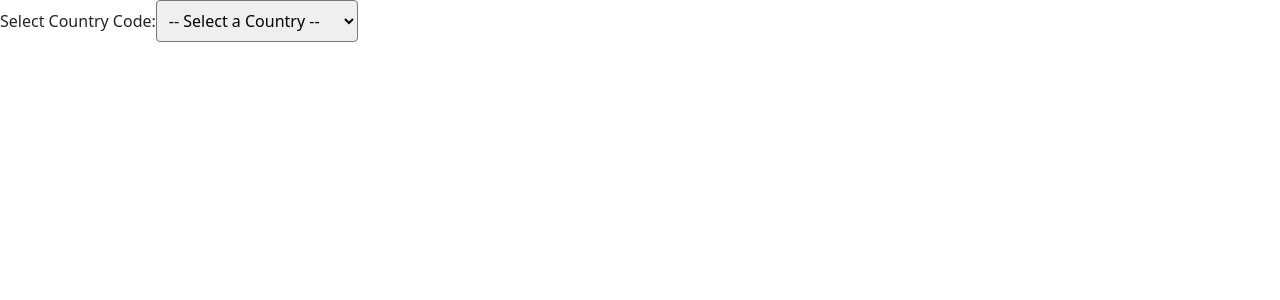
Repository: AsodariyaJasmin/demo01
Page: /home
These files come from the project's save history. The page is drawn as it stood at one moment and after the next save; the edit follows.
The browser window is 1280 px wide. The pictures show the whole page.
Some web libraries are served in a nearby version. The project was rebuilt for these pictures with package versions that can differ from the ones it lists, and the page was loaded fresh each time. Also part of the build but not shown: src/Admin/Login.js, src/Admin/Register.js, src/Admin/Password.js, src/Admin/Chart.js, src/Admin/Table.js, src/Admin/Index.js, src/Admin/StaticLayout.js, src/Admin/SideNav.js.

Above is the page before, as saved 2025-01-07 18:55:10.

### public/index.html
<!DOCTYPE html>
<html lang="en">
  <head>
    <meta charset="utf-8" />
    <link rel="icon" href="%PUBLIC_URL%/favicon.ico" />
    <meta name="viewport" content="width=device-width, initial-scale=1" />
    <meta name="theme-color" content="#000000" />
    <meta
      name="description"
      content="Web site created using create-react-app"
    />
    <link rel="apple-touch-icon" href="%PUBLIC_URL%/logo192.png" />
    <!--
      manifest.json provides metadata used when your web app is installed on a
      user's mobile device or desktop. See https://developers.google.com/web/fundamentals/web-app-manifest/
    -->
    <link rel="manifest" href="%PUBLIC_URL%/manifest.json" />
    <!--
      Notice the use of %PUBLIC_URL% in the tags above.
      It will be replaced with the URL of the `public` folder during the build.
      Only files inside the `public` folder can be referenced from the HTML.

      Unlike "/favicon.ico" or "favicon.ico", "%PUBLIC_URL%/favicon.ico" will
      work correctly both with client-side routing and a non-root public URL.
      Learn how to configure a non-root public URL by running `npm run build`.
    -->
    <script src="https://cdnjs.cloudflare.com/ajax/libs/font-awesome/5.15.3/js/all.min.js" crossorigin="anonymous"></script>
    <link href="https://cdn.jsdelivr.net/npm/bootstrap@5.0.2/dist/css/bootstrap.min.css" rel="stylesheet" integrity="sha384-EVSTQN3/azprG1Anm3QDgpJLIm9Nao0Yz1ztcQTwFspd3yD65VohhpuuCOmLASjC" crossorigin="anonymous">
    <script src="https://cdn.jsdelivr.net/npm/bootstrap@5.0.2/dist/js/bootstrap.bundle.min.js" integrity="sha384-MrcW6ZMFYlzcLA8Nl+NtUVF0sA7MsXsP1UyJoMp4YLEuNSfAP+JcXn/tWtIaxVXM" crossorigin="anonymous"></script>
    <link href="https://cdnjs.cloudflare.com/ajax/libs/font-awesome/6.5.0/css/all.min.css" rel="stylesheet">
    <link href="https://cdn.jsdelivr.net/npm/bootstrap@5.3.0-alpha1/dist/css/bootstrap.min.css" rel="stylesheet">
    <link rel="stylesheet" href="https://cdnjs.cloudflare.com/ajax/libs/font-awesome/6.0.0-beta3/css/all.min.css">
    <link rel="stylesheet" href="https://cdn.jsdelivr.net/npm/bootstrap-icons@1.11.3/font/bootstrap-icons.min.css">
    <script src='https://kit.fontawesome.com/a076d05399.js' crossorigin='anonymous'></script>
    <title>React App</title>
  </head>
  <body>
    <noscript>You need to enable JavaScript to run this app.</noscript>
    <div id="root"></div>
    <!--
      This HTML file is a template.
      If you open it directly in the browser, you will see an empty page.

      You can add webfonts, meta tags, or analytics to this file.
      The build step will place the bundled scripts into the <body> tag.

      To begin the development, run `npm start` or `yarn start`.
      To create a production bundle, use `npm run build` or `yarn build`.
    -->
  </body>
</html>

### src/App.js
import './App.css';
import Router from './Routes/Router';

function App() {
  return (
    <div className="App">
      <Router/>
    </div>
  );
}

export default App;

### src/Routes/Router.js
import React from 'react'
import { BrowserRouter, Routes ,Route } from 'react-router-dom'
import Login from '../Admin/Login'
import Register from '../Admin/Register'
import Password from '../Admin/Password'
import Chart from '../Admin/Chart'
import Table from '../Admin/Table'
import Index from '../Admin/Index'
import StaticLayout from '../Admin/StaticLayout'
import SideNav from '../Admin/SideNav'
import Home from '../Admin/Home'

const Router = () => {
  return (
    <div>
         <BrowserRouter>
            {/* {window.location.pathname !== "/error" ? <Navbar /> : null} */}
                <Routes>
                    <Route path="/" element={<Login/>} />
                    <Route path="/home" element={<Home/>} />
                    <Route path="/index" element={<Index/>} />
                    <Route path="/staticlayout" element={<StaticLayout/>} />
                    <Route path="/sidenav" element={<SideNav/>} />
                    <Route path="/login" element={<Login/>} />
                    <Route path="/register" element={<Register/>} />
                    <Route path="/password" element={<Password/>} />
                    <Route path="/chart" element={<Chart/>} />
                    <Route path="/table" element={<Table/>} />
                </Routes>
                {/* {window.location.pathname !== "/error" && <Footer />} */}
            </BrowserRouter>
    </div>
  )
}

export default Router

### src/Admin/Home.js
import React, { useState } from "react";
import countryCodes from "./Countrycode.json";

const Home = () => {
  const [selectedCode, setSelectedCode] = useState("");

  const handleChange = (event) => {
    setSelectedCode(event.target.value);
  };

  return (
    <div>
      <label htmlFor="countryCode">Select Country Code: </label>
      <select
        id="countryCode"
        value={selectedCode}
        onChange={handleChange}
        style={{ padding: "8px", borderRadius: "4px", fontSize: "16px" }}
      >
        <option value="" disabled>
          -- Select a Country --
        </option>
        {countryCodes.countries.map((country) => (
          <option key={country.iso} value={country.code}>
            {country.name} ({country.code})
          </option>
        ))}
      </select>
      {selectedCode && (
        <div style={{ marginTop: "10px" }}>
          <strong>Selected Code:</strong> {selectedCode}
        </div>
      )}
    </div>
  );
};

export default Home;

### src/Admin/Countrycode.json
{
    "countries": [
      {
        "name": "United States",
        "code": "+1",
        "iso": "US"
      },
      {
        "name": "Canada",
        "code": "+1",
        "iso": "CA"
      },
      {
        "name": "United Kingdom",
        "code": "+44",
        "iso": "GB"
      },
      {
        "name": "Australia",
        "code": "+61",
        "iso": "AU"
      },
      {
        "name": "India",
        "code": "+91",
        "iso": "IN"
      },
      {
        "name": "Germany",
        "code": "+49",
        "iso": "DE"
      },
      {
        "name": "France",
        "code": "+33",
        "iso": "FR"
      },
      {
        "name": "China",
        "code": "+86",
        "iso": "CN"
      },
      {
        "name": "Japan",
        "code": "+81",
        "iso": "JP"
      },
      {
        "name": "South Africa",
        "code": "+27",
        "iso": "ZA"
      }
    ]
  }

Loaded but not shown: src/index.js (common file); src/index.css (common file); src/reportWebVitals.js (common file); src/App.css (library)

After the next save:
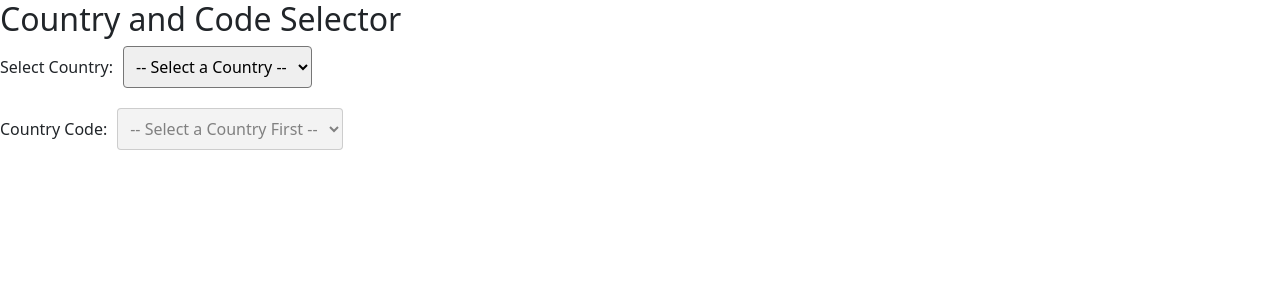
Saved 5 min 18 s later.
--- a/src/Admin/Home.js
+++ b/src/Admin/Home.js
@@ -1,38 +1,69 @@
 import React, { useState } from "react";
 import countryCodes from "./Countrycode.json";
 
-const Home = () => {
+const CountryCodeSelector = () => {
+  const [selectedCountry, setSelectedCountry] = useState("");
   const [selectedCode, setSelectedCode] = useState("");
 
-  const handleChange = (event) => {
-    setSelectedCode(event.target.value);
+  const handleCountryChange = (event) => {
+    const countryIso = event.target.value;
+    setSelectedCountry(countryIso);
+
+    // Find the corresponding country code
+    const selectedCountryData = countryCodes.countries.find(
+      (country) => country.iso === countryIso
+    );
+
+    setSelectedCode(selectedCountryData ? selectedCountryData.code : "");
   };
 
   return (
     <div>
-      <label htmlFor="countryCode">Select Country Code: </label>
-      <select
-        id="countryCode"
-        value={selectedCode}
-        onChange={handleChange}
-        style={{ padding: "8px", borderRadius: "4px", fontSize: "16px" }}
-      >
-        <option value="" disabled>
-          -- Select a Country --
-        </option>
-        {countryCodes.countries.map((country) => (
-          <option key={country.iso} value={country.code}>
-            {country.name} ({country.code})
+      <h2>Country and Code Selector</h2>
+
+      {/* Country Dropdown */}
+      <div style={{ marginBottom: "20px" }}>
+        <label htmlFor="country" style={{ marginRight: "10px" }}>
+          Select Country:
+        </label>
+        <select
+          id="country"
+          value={selectedCountry}
+          onChange={handleCountryChange}
+          style={{ padding: "8px", borderRadius: "4px", fontSize: "16px" }}
+        >
+          <option value="" disabled>
+            -- Select a Country --
           </option>
-        ))}
-      </select>
-      {selectedCode && (
-        <div style={{ marginTop: "10px" }}>
-          <strong>Selected Code:</strong> {selectedCode}
-        </div>
-      )}
+          {countryCodes.countries.map((country) => (
+            <option key={country.iso} value={country.iso}>
+              {country.name}
+            </option>
+          ))}
+        </select>
+      </div>
+
+      {/* Country Code Dropdown */}
+      <div>
+        <label htmlFor="countryCode" style={{ marginRight: "10px" }}>
+          Country Code:
+        </label>
+        <select
+          id="countryCode"
+          value={selectedCode}
+          disabled
+          style={{
+            padding: "8px",
+            borderRadius: "4px",
+            fontSize: "16px",
+            backgroundColor: "#f3f3f3",
+          }}
+        >
+          <option value="">{selectedCode || "-- Select a Country First --"}</option>
+        </select>
+      </div>
     </div>
   );
 };
 
-export default Home;
+export default CountryCodeSelector;
